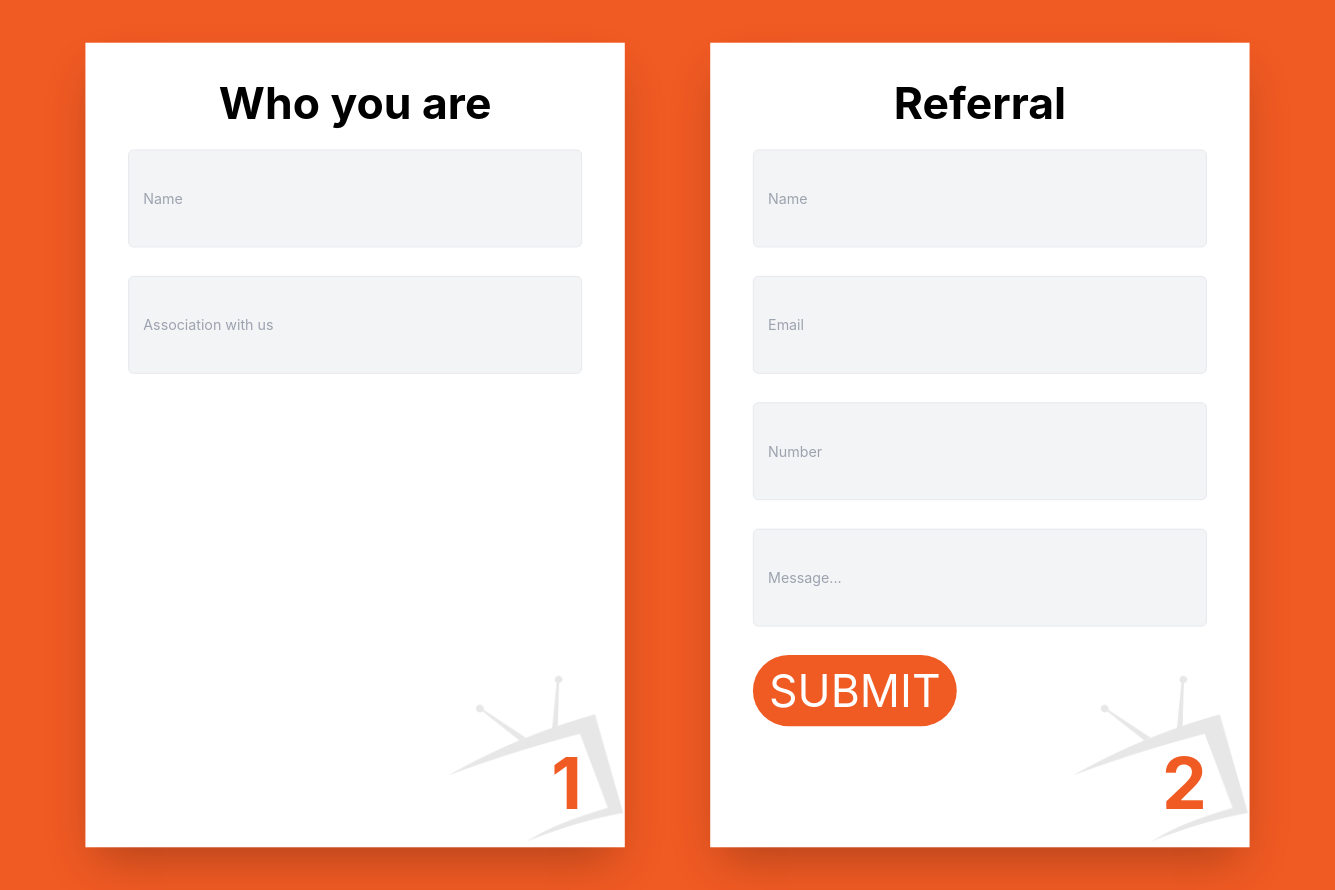
Repository: legenddev1202/whyclicktv
Page: /referrel
The author's editor kept a copy of each file at every save. The page is drawn from the files as they stood at one save, then again after the next save.
The browser window is 1280 px wide. The page is 1500 px wide, so the pictures cover 1500 px, including what lies to the right of the window. The pictures show the whole page, at 89% of full size.
The project was rebuilt for these pictures with package versions that can differ from the ones it lists, and the page was loaded fresh each time. Also part of the build but not shown: src/App.css, src/pages/home.js, src/pages/about.js, src/pages/contact.js, src/pages/partners.js.

Above is the page before, as saved 2022-04-12 08:03:37.

### public/index.html
<!DOCTYPE html>
<html lang="en">
  <head>
    <meta charset="utf-8" />
    <link rel="icon" href="%PUBLIC_URL%/favicon.ico" />
    <meta name="viewport" content="width=device-width, initial-scale=1" />
    <meta name="theme-color" content="#000000" />
    <meta name="description" content="why-click" />
    <link rel="apple-touch-icon" href="%PUBLIC_URL%/favicon.ico" />
    <!--
      manifest.json provides metadata used when your web app is installed on a
      user's mobile device or desktop. See https://developers.google.com/web/fundamentals/web-app-manifest/
    -->
    <link rel="manifest" href="%PUBLIC_URL%/manifest.json" />
    <!--
      Notice the use of %PUBLIC_URL% in the tags above.
      It will be replaced with the URL of the `public` folder during the build.
      Only files inside the `public` folder can be referenced from the HTML.

      Unlike "/favicon.ico" or "favicon.ico", "%PUBLIC_URL%/favicon.ico" will
      work correctly both with client-side routing and a non-root public URL.
      Learn how to configure a non-root public URL by running `npm run build`.
    -->
    <title>WhyClick.tv</title>
  </head>
  <body>
    <noscript>WhyClick.tv</noscript>
    <div id="root"></div>
    <!--
      This HTML file is a template.
      If you open it directly in the browser, you will see an empty page.

      You can add webfonts, meta tags, or analytics to this file.
      The build step will place the bundled scripts into the <body> tag.

      To begin the development, run `npm start` or `yarn start`.
      To create a production bundle, use `npm run build` or `yarn build`.
    -->
  </body>
</html>

### src/index.css
@tailwind base;
@tailwind components;
@tailwind utilities;

body {
  margin: 0;
  font-family: -apple-system, BlinkMacSystemFont, "Segoe UI", "Roboto", "Oxygen",
    "Ubuntu", "Cantarell", "Fira Sans", "Droid Sans", "Helvetica Neue",
    sans-serif;
  -webkit-font-smoothing: antialiased;
  -moz-osx-font-smoothing: grayscale;
  height: 100%;
  min-width: 1500px;
}

code {
  font-family: source-code-pro, Menlo, Monaco, Consolas, "Courier New",
    monospace;
}

input::placeholder {
  font-size: 50;
}

input::-moz-placeholder {
  font-size: 50;
}

input::-webkit-input-placeholder {
  font-size: 50;
}

### src/App.js
import { Routes, Route, Link } from "react-router-dom";
import "./App.css";
import Home from "./pages/home";
import About from "./pages/about";
import Contact from "./pages/contact";
import Partners from "./pages/partners";
import Referral from "./pages/referral";

function App() {
  return (
    <Routes>
      <Route path="/" element={<Home />} />
      <Route path="about" element={<About />} />
      <Route path="contact" element={<Contact />} />
      <Route path="partners" element={<Partners />} />
      <Route path="referrel" element={<Referral />} />
    </Routes>
  );
}

export default App;

### src/pages/referral.js
import React from "react";
import { Routes, Route, Link } from "react-router-dom";

function Referral() {
  return (
    <div
      className="w-full h-full flex flex-col flex-1"
      style={{ backgroundColor: "#F05A23", height: "100vh", minHeight: 1000 }}
    >
      <div className="w-full h-full p-12 flex h-full">
        <div className="w-1/2 p-12 mx-12 flex flex-col items-center bg-white h-11/12 relative shadow-2xl">
          <div className="text-4xl font-bold" style={{ fontSize: 50 }}>
            Who you are
          </div>
          <div className="w-full mt-8">
            <input
              className="w-full rounded-md border px-4 bg-gray-100"
              placeholder="Name"
              style={{ height: 110 }}
            ></input>
            <div className="w-full mt-8">
              <input
                className="w-full rounded-md border px-4 bg-gray-100"
                placeholder="Association with us"
                style={{ height: 110 }}
              ></input>
            </div>
          </div>
          <img
            className="logo-icon absolute bottom-0 right-0"
            src="assets/images/logos/tv-logo.png"
            width={203}
            height={192}
            alt="logo"
          />
          <div
            className="text-5xl font-bold absolute bottom-8 right-12"
            style={{ color: "#F05A23", fontSize: 80 }}
          >
            1
          </div>
        </div>
        <div className="w-1/2 p-12 mx-12 flex flex-col items-center bg-white h-11/12 relative shadow-2xl">
          <div className="text-4xl font-bold" style={{ fontSize: 50 }}>
            Referral
          </div>
          <div className="w-full mt-8">
            <input
              className="w-full rounded-md border px-4 bg-gray-100"
              placeholder="Name"
              style={{ height: 110 }}
            ></input>
            <div className="w-full mt-8">
              <input
                className="w-full rounded-md h-16 border px-4 bg-gray-100"
                placeholder="Email"
                style={{ height: 110 }}
              ></input>
            </div>
            <div className="w-full mt-8">
              <input
                className="w-full rounded-md h-16 border px-4 bg-gray-100"
                placeholder="Number"
                style={{ height: 110 }}
              ></input>
            </div>
            <div className="w-full mt-8">
              <input
                className="w-full rounded-md h-16 border px-4 bg-gray-100"
                placeholder="Message..."
                style={{ height: 110 }}
              ></input>
            </div>
          </div>
          <div className="self-start mt-8">
            <button
              className="rounded-full"
              style={{
                backgroundColor: "#F05A23",
                color: "white",
                fontSize: 50,
                height: 80,
                width: 229,
              }}
            >
              SUBMIT
            </button>
          </div>
          <img
            className="logo-icon absolute bottom-0 right-0"
            src="assets/images/logos/tv-logo.png"
            width={203}
            height={192}
            alt="logo"
          />
          <div
            className="text-5xl font-bold absolute bottom-8 right-12"
            style={{ color: "#F05A23", fontSize: 80 }}
          >
            2
          </div>
        </div>
      </div>
    </div>
  );
}

export default Referral;

Loaded but not shown: src/index.js (common file); src/reportWebVitals.js (common file); tailwind.config.js (common file)

After the next save:
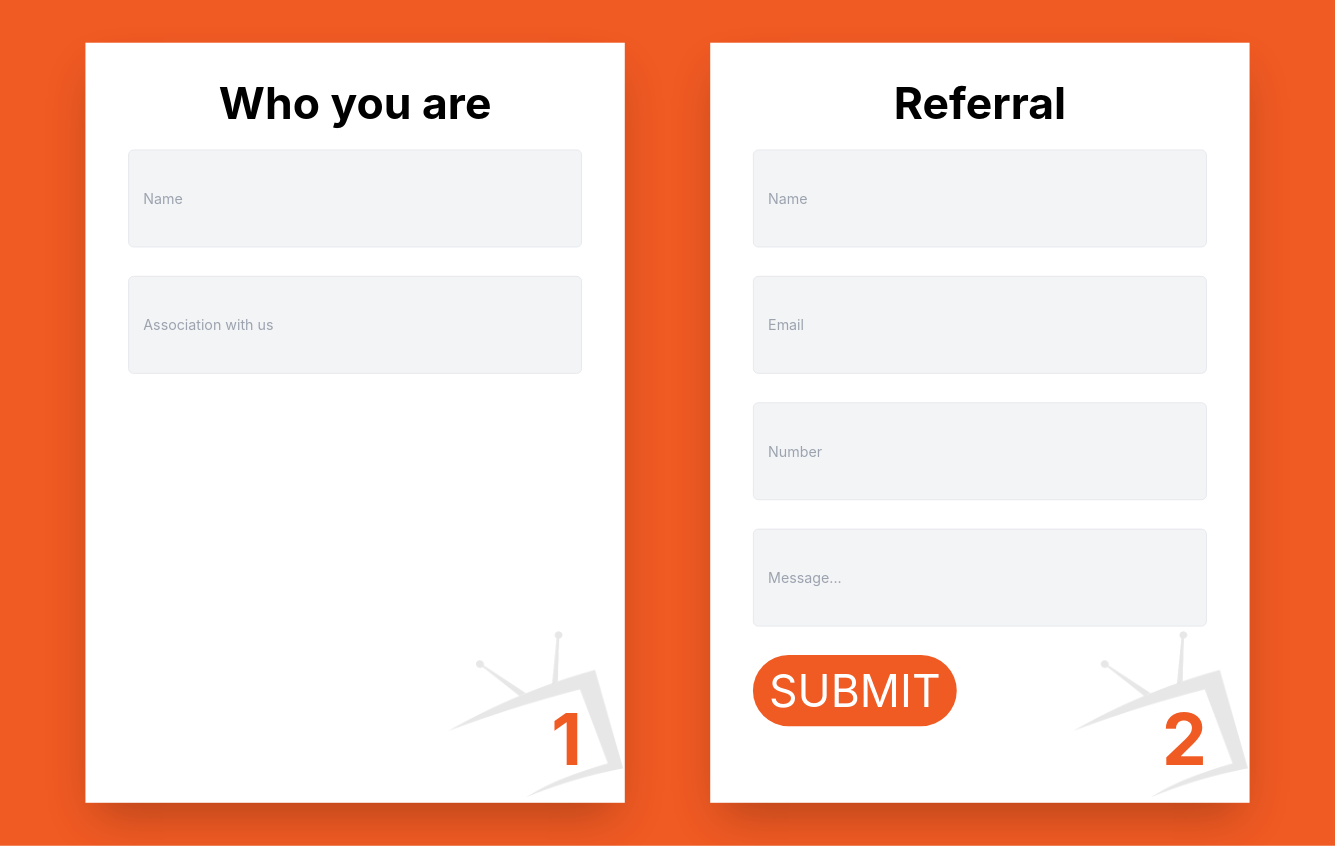
Saved 8 s later.
--- a/src/pages/referral.js
+++ b/src/pages/referral.js
@@ -5,7 +5,7 @@ function Referral() {
   return (
     <div
       className="w-full h-full flex flex-col flex-1"
-      style={{ backgroundColor: "#F05A23", height: "100vh", minHeight: 1000 }}
+      style={{ backgroundColor: "#F05A23", height: "100vh", minHeight: 950 }}
     >
       <div className="w-full h-full p-12 flex h-full">
         <div className="w-1/2 p-12 mx-12 flex flex-col items-center bg-white h-11/12 relative shadow-2xl">
